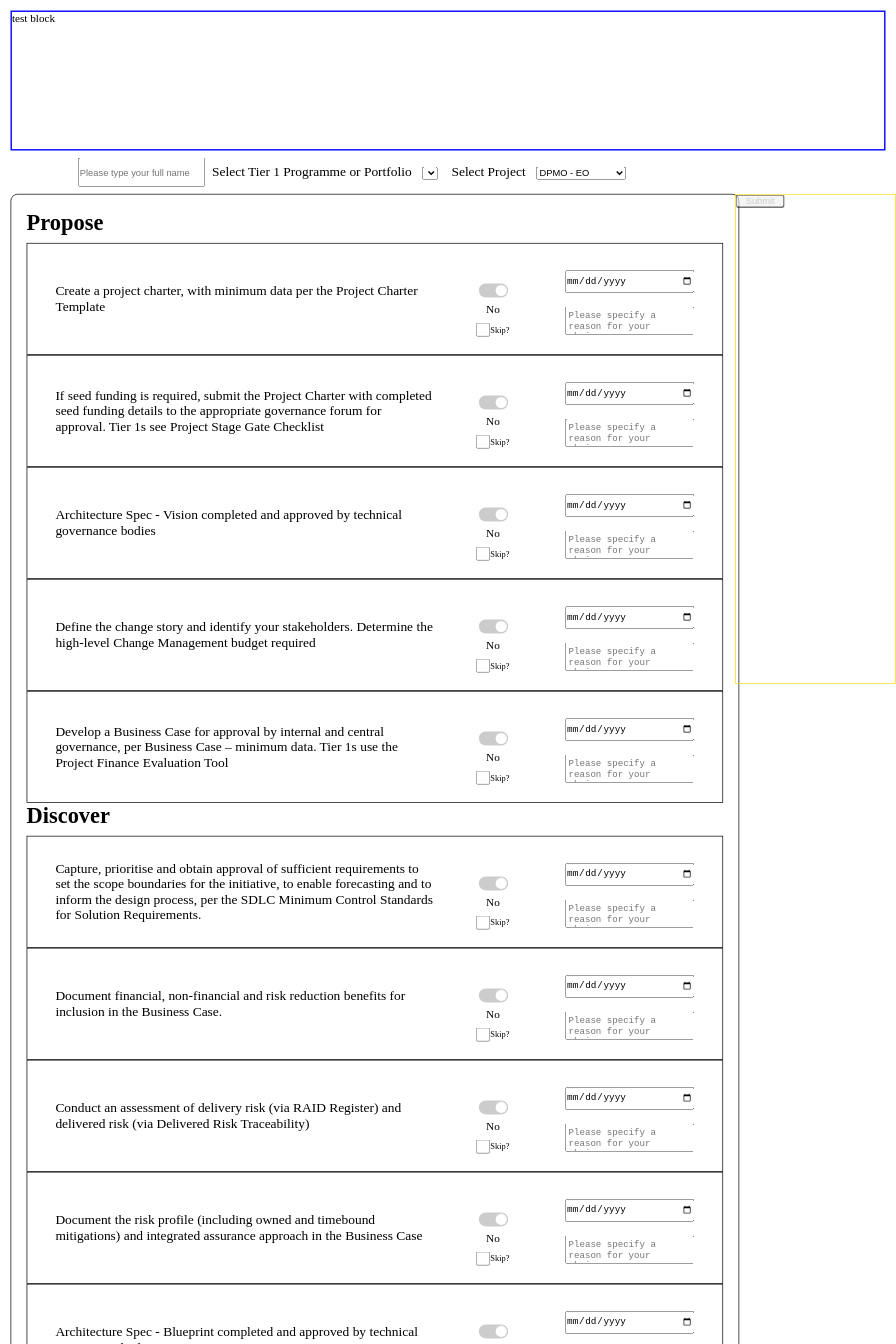
Repository: I-Alpha/JQuery-Html-form
Page: Project-form.html
These files come from the project's save history. The page is drawn as it stood at one moment and after a run of saves; the edit follows.
The browser window is 1280 px wide. The pictures show the part of the page from y = 0 to 1920 px (the page is 8709 px tall), at 70% of full size.

Above is the page before, as saved 2020-10-27 00:45:17.

### Project-form.html
<!DOCTYPE html>
<html lang="en">

<head>
    <meta charset="UTF-8">
    <meta name="viewport" content="width=device-width, initial-scale=1.0">
    <link rel="preload" type="fetch" id="Excelfile" name="Excelfile" value="QuestionData.xlsx" />
    <script src="https://ajax.googleapis.com/ajax/libs/jquery/3.5.1/jquery.min.js"></script>
    <script src="https://cdnjs.cloudflare.com/ajax/libs/xlsx/0.14.5/xlsx.full.min.js"></script>
    <script src="https://cdnjs.cloudflare.com/ajax/libs/babel-polyfill/6.26.0/polyfill.js"></script>
    <script src="https://cdnjs.cloudflare.com/ajax/libs/xlsx/0.8.0/jszip.js"></script>
    <script src="https://cdnjs.cloudflare.com/ajax/libs/xlsx/0.8.0/xlsx.js"></script>
    <script src="main.js"></script>
    <link rel="stylesheet" href="main.css" />
    </style>
    <title>Document</title>
</head>

<body style=" display:flex; flex-direction: column; padding: 15px">
    <div id="testblock" name="testblock" style="border:2px solid blue; width: 100%; min-height:200px">test block</div>


    <div id="mainwrapper" style="justify-content: center;">
        <div id="preBar" class="container">
            <div id="formControl" class="container">    <input type= "text" id= "fullname" class= "required" placeholder="Please type your full name"></input>
                <label for="selectPorfolio">Select Tier 1 Programme or Portfolio
                    <select name="selectPorfolio" id="selectPorfolio" style=" margin :0 0 0 10px; max-width:8rem;"
                        placeholder="Select Portfolio"></select></label>
                <label for="selectProject">Select Project
                    <select name="selectProject" id="selectProject" style=" margin :0 0 0 10px; max-width:8rem; "
                        placeholder="Select Portfolio"></select></label>
            </div>

        </div>
        <div id="formContainer" class="container">
            <div id="wrapper">
                <form id="form1">

                    <table class="hidden">
                        <tr>
                            <td colspan=4 class="questCol">
                                <label class="questionLabel" for="mainCheck"></label>
                            </td>
                            <td colspan=1 class="inputCol">
                                <span class="inputContainer">
                                    <span class="mainCheckContainer" style=" display:flex; flex-direction: column;">
                                        <label class="switch">
                                            <input class="mainCheck" type="checkbox" checked>
                                            <span class="slider  round"></span>
                                        </label>
                                        <p for="mainCheck" class="mainChoice" data-val="Yes">No</p>
                                    </span>
                                    <span class="skipContainer" style="left : 6px; display:flex; ">
                                        <input class="skipCheck" type="checkbox">
                                        <p class="skipChoice">Skip?</p>
                                    </span>

                                </span>
                            </td>
                            <td colspan=2 class="altCol">
                                <input type="date" min="getDate()">
                                <textarea type="text"
                                    placeholder="Please specify a reason for your choice...."></textarea>
                            </td>
                        </tr>
                    </table>

                </form>
            </div><div></div>
            <div id= "progressBar"  style ="border : 1px solid gold ; width :230px; right: 0;  position: fixed; height: 700px">
            <button style="order:1; margin:0;" class = "disabled"id="submitbtn" type="submit" form="form1" value="Submit">Submit</button>
        </div>
        </div>

    </div>

</body>

</html>

### main.css

    * {
        box-sizing: border-box;
        margin: 0;
        padding: 0;
        color: black;

    }

    html {
        width: 100%;
        height: 100%;

    }


    label{
        font-size:.9rem;
       }

    body {
        width: 100%;
        height: 100%;
        display: flex;
        position: relative;
        flex-direction: column;
    }

    .hidden{
    display:none;
    visibility: none;
    opacity: 0;
   position:absolute;
    }
    .center {

        text-align: center;
    }

    .container {
        display: flex;
        position: relative;
    }


    h1 {
        margin-bottom: 10px;
    }

    #wrapper {
        border: solid 1px black;
        border-radius: 10px;
        padding: 20px;
        margin-bottom: 10px;

    }

    #mainwrapper{
        max-width: 98%;
    }
    p {
        color: black;
        font-size: 1rem;
        height: auto;
        width: auto;
    }

 .disabled{
     opacity: 60%;
     color:darkgray;
     pointer-events: none;
 }
  form{
      width:100%;
      height : auto;
  }

    .skipContainer {
        position: relative;
        align-items: center;
        left: 0;
        display: flex;
        margin-top: 10px;
    }

    .skipCheck {
        width: 20px;
        height: 20px;

    }

    .skipChoice {font-size: 12px;}


    .skipChoice,
    .skipCheck {
        position: relative;
        left: -10px;
    }

    /* slider */
    .switch {
        position: relative;
        display: inline-block;
        width: 42px;
        height: 20px;
    }

    .switch input {
        opacity: 0;
        width: 0;
        height: 0;
    }

    .slider {
        position: absolute;
        cursor: pointer;
        top: 0;
        left: 0;
        right: 0;
        bottom: 0;
        background-color: #ccc;
        -webkit-transition: .4s;
        transition: .4s;
    }

    .slider:before {
        position: absolute;
        content: "";
        height: 16px;
        width: 16px;
        right:2px;
        bottom: 2px;
        background-color: white;
        -webkit-transition: .4s;
        transition: .4s;
    }

    .mainCheck:checked+.slider {
        background-color: #2196F3;
    }

    .mainCheck:focus+.slider {
        box-shadow: 0 0 1px #2196F3;
    }

    .mainCheck:checked+.slider:before {
        -webkit-transform: translateX(-23px);
        -ms-transform: translateX(-23px);
        transform: translateX(-23px);
    }

    /* Rounded sliders */
    .slider.round {
        border-radius: 34px;
    }

    .slider.round:before {
        border-radius: 50%;
    }

    /*end of slider section*/

    button {
        margin: 10px;
        width: 70px;
        border-radius: 4px;
    }

    td {
         display: flex;
         flex-direction: column;
    }
    td > *{
         padding : 5px 0;
    }


    tr{
        height:10rem;   border: 1px solid black;
        border-collapse: collapse;
}

tr::after{
    border: 1px solid green;
    height:1px;
    content: :" ";
    width: 100%;
    position: relative;
    display: block;
}

td.inputContainer {
    display: inline-block;
    height:100%;
}

td.inputCol{
    display:flex;
    position: relative;
    text-align: center;
    align-items:center;
    min-height:100%;

}

  .questCol textarea{

   padding:  2px  3px;
   display: block;
   position: relative;
   min-width: 95%;
}



/* iPads (portrait and landscape) ----------- */
@media only screen
and (min-device-width : 768px)
and (max-device-width : 1024px) {
/* Styles */
}

/* iPads (landscape) ----------- */
@media only screen
and (min-device-width : 768px)
and (max-device-width : 1024px)
and (orientation : landscape) {
/* Styles */
}

/* iPads (portrait) ----------- */
@media only screen
and (min-device-width : 768px)
and (max-device-width : 1024px)
and (orientation : portrait) {
/* Styles */
}

/* Desktops and laptops ----------- */
@media only screen
and (min-width : 1224px) {
/* Styles */

 label {
     font-size: 1.2rem;
 }

#wrapper{
     min-width: 85%;
     height:auto;
    }

    .inputContainer{

        position: relative;
        top:15px;
     }

    td.inputCol{
        position: absolute;
        vertical-align: middle;
        justify-items: center;
        justify-content: center;
        padding:0 10px;
        height: 160px;
    }

    td {
        position: relative;
        justify-content: center;
        padding:10px 15px;}

    .questCol{
        position: relative;
        padding-right: 5px;
        max-width:35rem;
    }

    td.altCol{
        position: relative;
        height: 100%;
    }
     textarea{
        resize: none;
        display: block;
        font-size: 13px;
        text-align: start;
        align-content: flex-start;
         width:100%;
         top:10px;
         position: relative;
         margin-top:10px;
         padding: 4px 4px;
         align-items: flex-start;
    }

     td.altCol input {
         width:100%;
     }

    tr{
        display: flex;
        flex-direction: row;
        border: 1px solid black;
        border-collapse: collapse;
        justify-content: space-around;

    }


  #preBar{
   display: flex;
    flex-direction: row;
 padding:  0 97px;

   margin : 10px 0;
  }


  #preBar div{
 display: flex;

  }

  #radioBtnBox label{
    margin: 0 20px;
  }

  #radioBtnBox label input{
    margin: 0 10px;
  }
  #radioBtnBox{
    margin-left:90px;
    border:1px solid black;
    padding: 10px 0;
}

#formControl select{

    margin: 0px 10px 0  0;
}
#formControl label{
   margin:10px;
    align-items:center;

}

#form1 {


    position: relative;
display: flex;
flex-direction: column;
}

table{
    width:100%;
}


.mainChoice {
    display: flex;
    margin-top: 8px;
    left:10px;
    position: relative;
}

#formContainer{


}

td.inputContainer {
    display: inline-block;
    height:100%;
}

td.inputCol{
    display:flex;
    position: relative;
    vertical-align: middle;
    text-align: center;
    align-items:center;
    min-height:100%;

}
}

/* Large screens ----------- */
@media only screen
and (min-width : 1824px) {
/* Styles */
}

/* iPhone 4 ----------- */
@media
only screen and (-webkit-min-device-pixel-ratio : 1.5),
only screen and (min-device-pixel-ratio : 1.5) {
/* Styles */
}

Loaded but not shown: main.js (514 lines, source omitted)

After the next 4 saves:
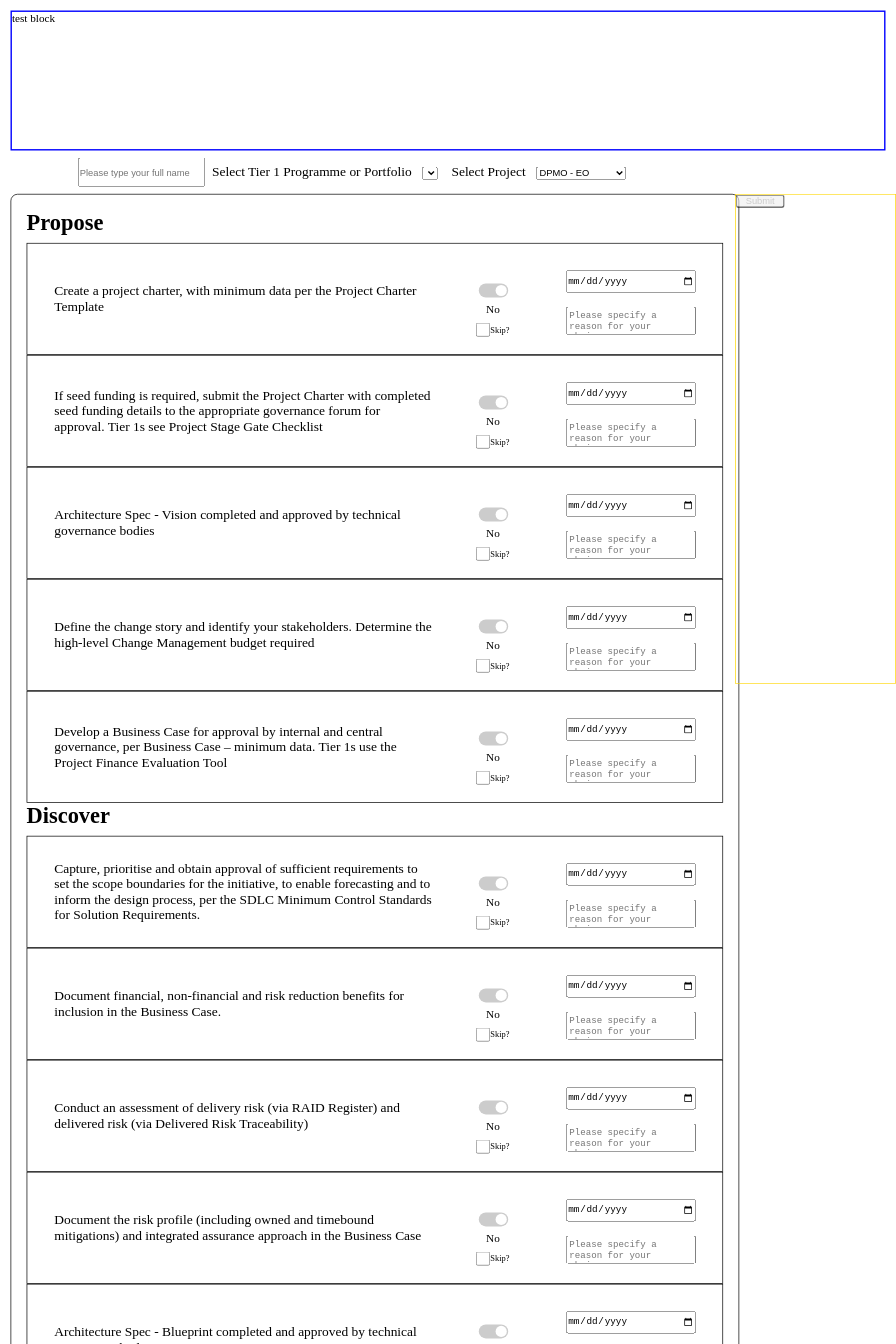
The 4 saves are shown as one change because they came seconds apart.
The last was saved 40 s later.
--- a/main.css
+++ b/main.css
@@ -262,7 +262,7 @@ and (min-width : 1224px) {
         vertical-align: middle;
         justify-items: center;
         justify-content: center;
-        padding:0 10px;
+
         height: 160px;
     }
 
